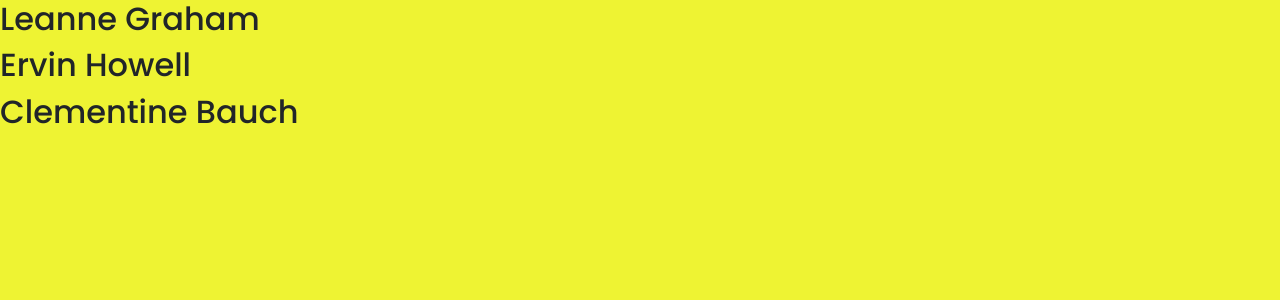
Repository: DeraBola/user-app
Page: /
An editor plug-in stored every save of this project. The page is shown before and after the next save, followed by the edit.
The browser window is 1280 px wide. The pictures show the whole page.
The project was rebuilt for these pictures with package versions that can differ from the ones it lists, and the page was loaded fresh each time.

Above is the page before, as saved 2022-08-04 19:34:11.

After the next save:
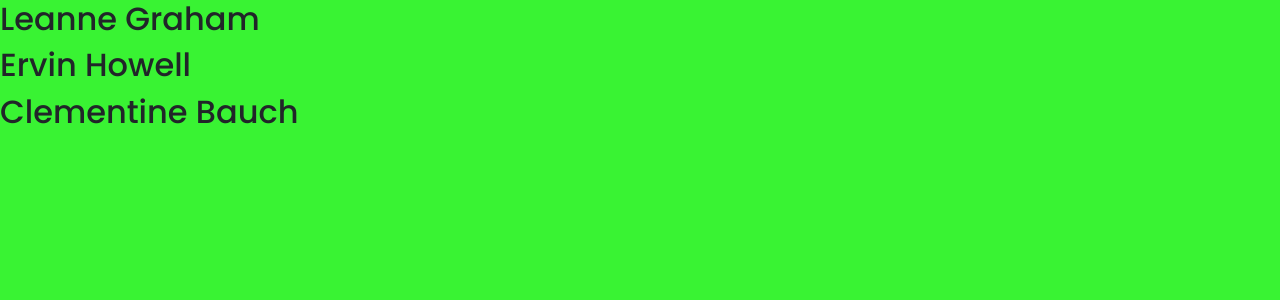
Saved 9 s later.
--- a/src/App.css
+++ b/src/App.css
@@ -6,5 +6,5 @@ body {
     text-decoration: none;
     list-style-type: none;
     outline: none;
-    background: #eef333;
+    background: #39f333;
 }
